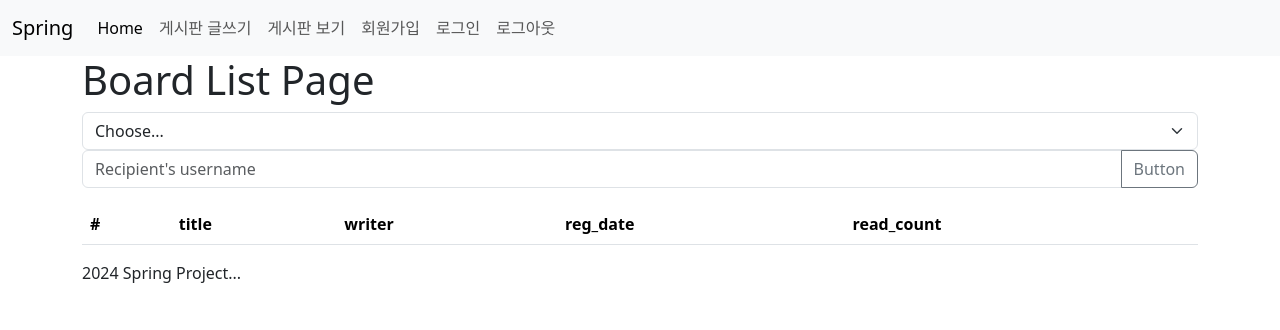
Repository: dhalfks/springTest240430
Page: http://localhost/spring_study/WEB-INF/views/board/list.jsp
An editor plug-in stored every save of this project. The page is shown before and after the next save, followed by the edit.
The browser window is 1280 px wide. The pictures show the whole page.
The page is served by Tomcat 9. Nobody is signed in. The template is opened directly, without the code that normally fills it, so the values that code supplies are empty.

Above is the page before, as saved 2024-04-24 08:11:51.

### spring_study/src/main/webapp/WEB-INF/views/board/list.jsp
<%@ page language="java" contentType="text/html; charset=UTF-8"
    pageEncoding="UTF-8"%>
    <%@ taglib uri="http://java.sun.com/jsp/jstl/core" prefix="c"%>

<jsp:include page="../layout/header.jsp" />
<div class="container-md">
	<h1>Board List Page</h1>
	<!-- 검색라인 -->
	<form action="">
		<div class="col-auto">
		    <label class="visually-hidden" for="autoSizingSelect">search</label>
		    <select class="form-select" id="autoSizingSelect">
		      <option selected>Choose...</option>
		      <option value="1">One</option>
		      <option value="2">Two</option>
		      <option value="3">Three</option>
		    </select>
		  </div>
		<div class="input-group mb-3">
		  <input type="text" class="form-control" placeholder="Recipient's username" aria-label="Recipient's username" aria-describedby="button-addon2">
		  <button class="btn btn-outline-secondary" type="button" id="button-addon2">Button</button>
		</div>
	</form>

	<table class="table table-hover">
		<thead>
			<tr>
				<th>#</th>
				<th>title</th>
				<th>writer</th>
				<th>reg_date</th>
				<th>read_count</th>
			</tr>
		</thead>
		<tbody>
			<c:forEach items="${list }" var="bvo">
				<tr>
					<td>${bvo.bno }</td>
					<td><a href="/board/detail?bno=${bvo.bno }">${bvo.title }</a></td>
					<td>${bvo.writer }</td>
					<td>${bvo.reg_date }</td>
					<td>${bvo.read_count }</td>
				</tr>
			</c:forEach>
		</tbody>
	</table>

	<!-- 페이지네이션라인  -->


</div>
<jsp:include page="../layout/footer.jsp" />

### spring_study/src/main/webapp/WEB-INF/views/layout/header.jsp
<%@ page language="java" contentType="text/html; charset=UTF-8"
    pageEncoding="UTF-8"%>
<!DOCTYPE html>
<html>
<head>
<meta charset="UTF-8">
<title>header.jsp</title>
<link href="https://cdn.jsdelivr.net/npm/bootstrap@5.3.3/dist/css/bootstrap.min.css" rel="stylesheet" integrity="sha384-QWTKZyjpPEjISv5WaRU9OFeRpok6YctnYmDr5pNlyT2bRjXh0JMhjY6hW+ALEwIH" crossorigin="anonymous">
<script src="https://cdn.jsdelivr.net/npm/bootstrap@5.3.3/dist/js/bootstrap.bundle.min.js" integrity="sha384-YvpcrYf0tY3lHB60NNkmXc5s9fDVZLESaAA55NDzOxhy9GkcIdslK1eN7N6jIeHz" crossorigin="anonymous"></script>
</head>
<body>
<nav class="navbar navbar-expand-lg bg-body-tertiary">
  <div class="container-fluid">
    <a class="navbar-brand" href="#">Spring</a>
    <button class="navbar-toggler" type="button" data-bs-toggle="collapse" data-bs-target="#navbarSupportedContent" aria-controls="navbarSupportedContent" aria-expanded="false" aria-label="Toggle navigation">
      <span class="navbar-toggler-icon"></span>
    </button>
    <div class="collapse navbar-collapse" id="navbarSupportedContent">
      <ul class="navbar-nav me-auto mb-2 mb-lg-0">
        <li class="nav-item">
          <a class="nav-link active" aria-current="page" href="/">Home</a>
        </li>
        <li class="nav-item">
          <a class="nav-link" href="/board/register">게시판 글쓰기</a>
        </li>
        <li class="nav-item">
          <a class="nav-link" href="/board/list">게시판 보기</a>
        </li>
        <li class="nav-item">
          <a class="nav-link" href="#">회원가입</a>
        </li>
        <li class="nav-item">
          <a class="nav-link" href="#">로그인</a>
        </li>
        <li class="nav-item">
          <a class="nav-link" href="#">로그아웃</a>
        </li>
       </ul>
    </div>
  </div>
</nav>

### spring_study/src/main/webapp/WEB-INF/views/layout/footer.jsp
<%@ page language="java" contentType="text/html; charset=UTF-8"
    pageEncoding="UTF-8"%>

<div class="container-md">
 	2024 Spring Project...
</div>

</body>
</html>

After the next save:
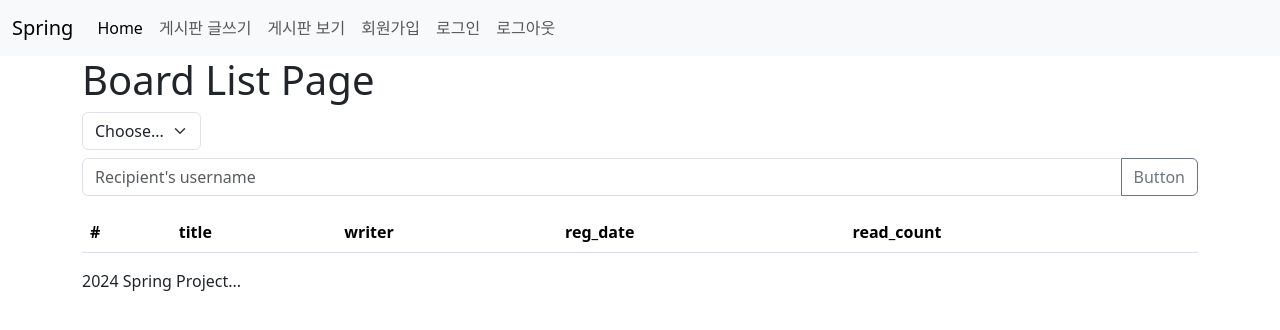
Saved 20 s later.
--- a/spring_study/src/main/webapp/WEB-INF/views/board/list.jsp
+++ b/spring_study/src/main/webapp/WEB-INF/views/board/list.jsp
@@ -6,7 +6,7 @@
 <div class="container-md">
 	<h1>Board List Page</h1>
 	<!-- 검색라인 -->
-	<form action="">
+	<form  action="" class="row gy-2 gx-3 align-items-center">
 		<div class="col-auto">
 		    <label class="visually-hidden" for="autoSizingSelect">search</label>
 		    <select class="form-select" id="autoSizingSelect">
